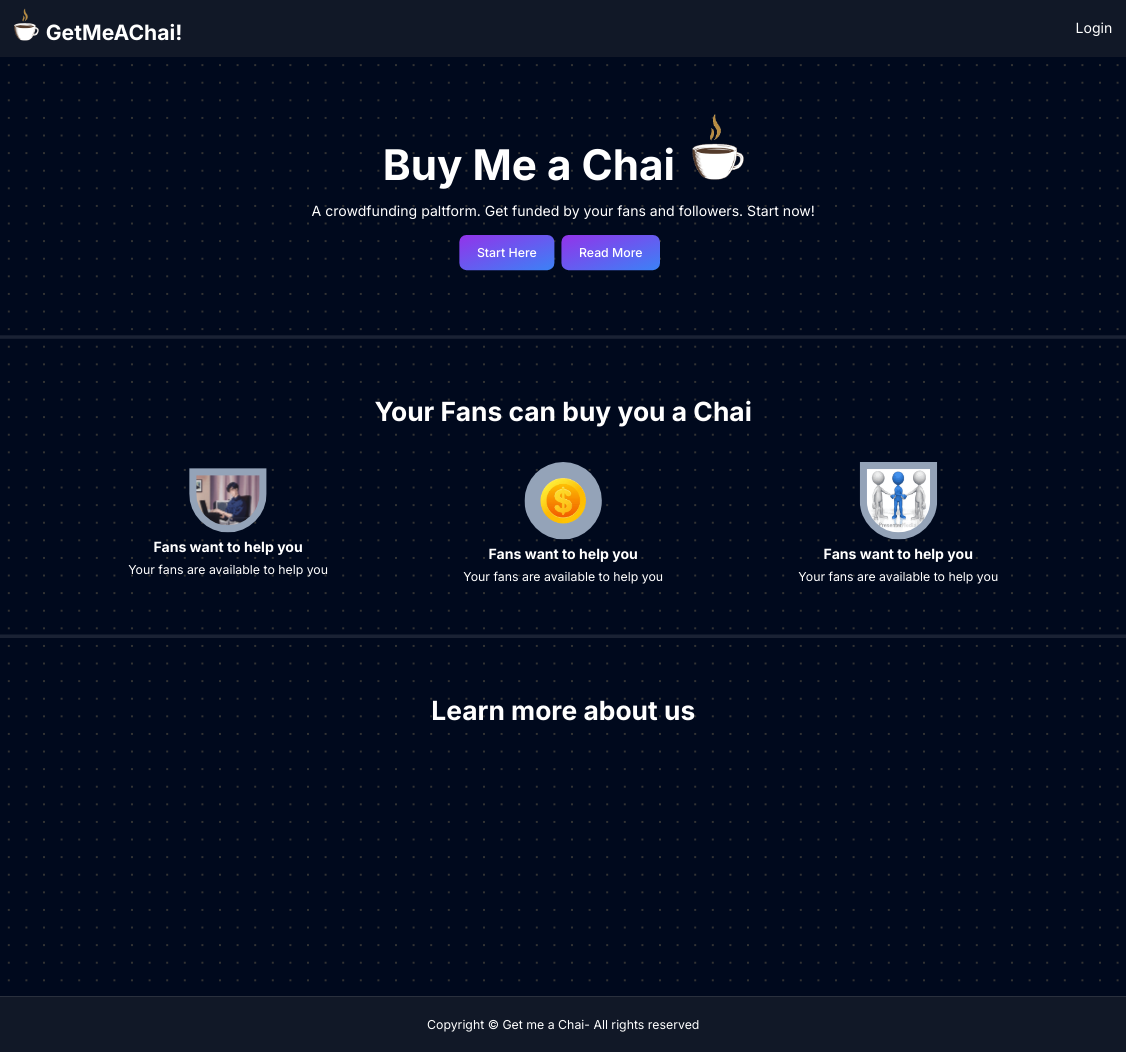
Repository: Jatinbaroliya/TrustPayHub
Page: /
An editor plug-in stored every save of this project. The page is shown before and after the next save, followed by the edit.
The browser window is 1280 px wide. The pictures show the whole page, at 88% of full size.
Pictures or frames that could not be fetched are drawn as grey boxes. The project was rebuilt for these pictures with package versions that can differ from the ones it lists, and the page was loaded fresh each time. The framework's server and built-in components were replaced by stand-ins that run in the browser. Also part of the build but not shown: next.config.mjs.

Above is the page before, as saved 2024-08-30 11:58:14.

After the next save:
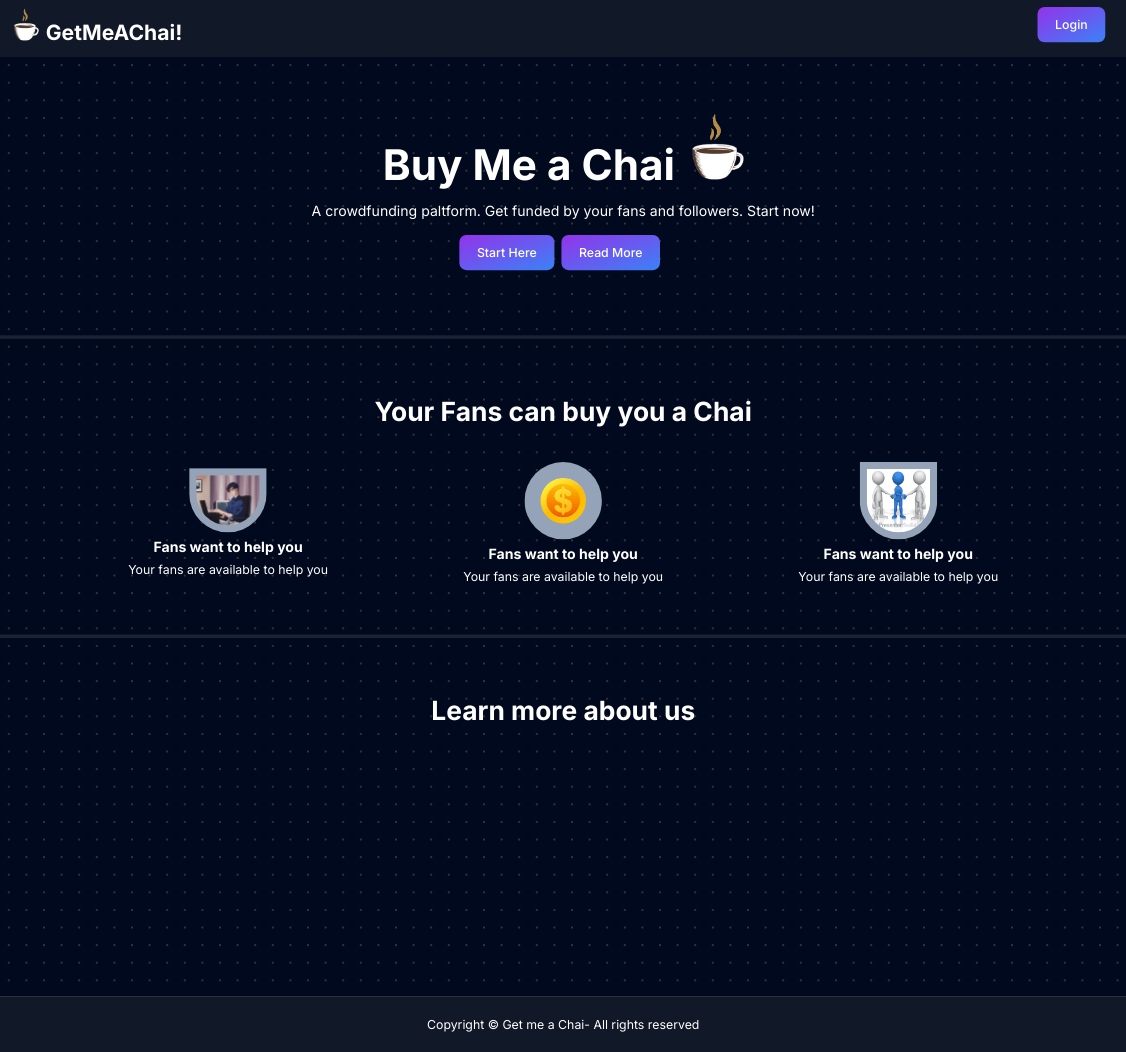
Saved 23 s later.
--- a/components/Navbar.js
+++ b/components/Navbar.js
@@ -17,7 +17,7 @@ const Navbar = () => {
        </ul> */}
 
        <Link>
-         <button className=''>
+         <button className='text-white bg-gradient-to-br from-purple-600 to-blue-500 hover:bg-gradient-to-bl focus:ring-4 focus:outline-none focus:ring-blue-300 dark:focus:ring-blue-800 font-medium rounded-lg text-sm px-5 py-2.5 text-center me-2 mb-2'>
             Login
          </button>
        </Link>
